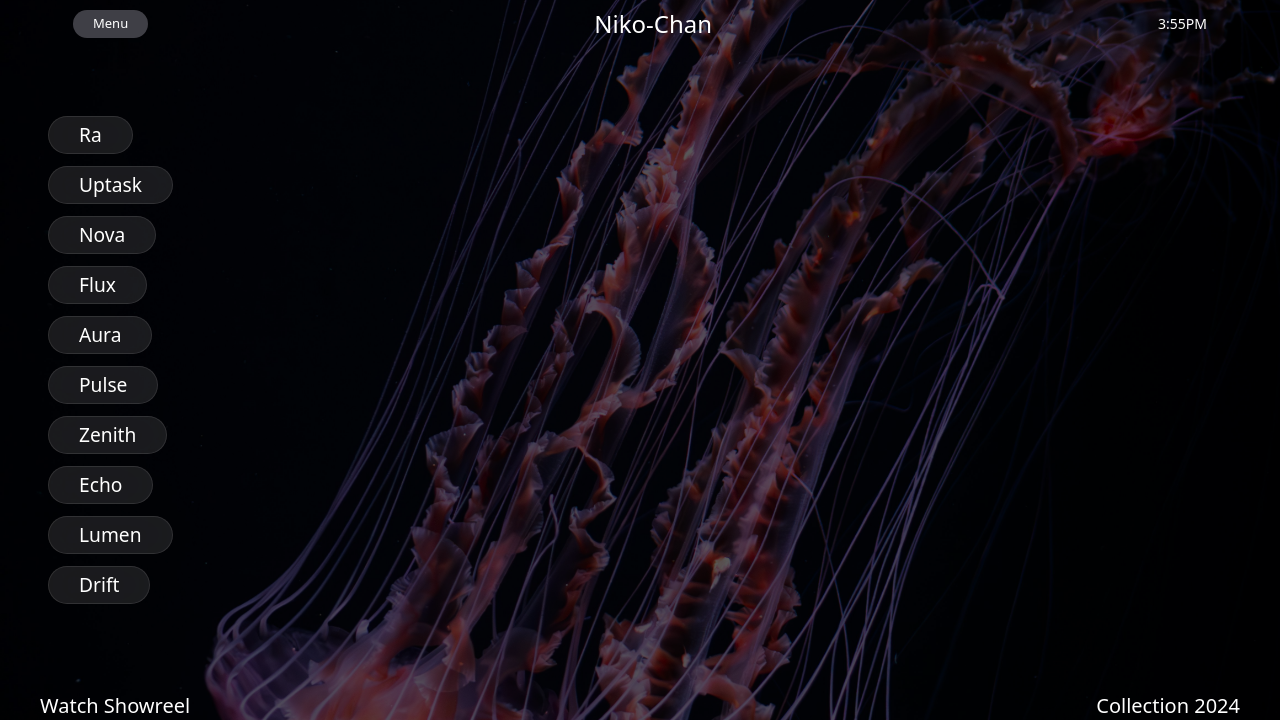
Repository: nikhilsinghrathore1/Niks_indian_local
Page: /
The author's editor kept a copy of each file at every save. The page is drawn from the files as they stood at one save, then again after the next save.
The browser window is 1280 px wide. The pictures show the whole page.
The project was rebuilt for these pictures with package versions that can differ from the ones it lists, and the page was loaded fresh each time. Also part of the build but not shown: vite.config.ts.

Above is the page before, as saved 2024-08-27 11:43:48.

### src/App.tsx
import { useState } from 'react'
import reactLogo from './assets/react.svg'
import viteLogo from '/vite.svg'
import './App.css'
import Landing from './Components/Landing'

function App() {
  const [count, setCount] = useState(0)

  return (
    <>

      <Landing/>
    </>
  )
}

export default App

### src/App.css
@font-face {
               font-family:font1 ;
               src: url("./assets/Fontspring-DEMO-rocgroteskcomp-regular.otf");
}

.f1{
               font-family: font1;
}

.item>p{
               padding: 6px 30px;

               font-weight: lighter;
               background-color: rgba(255, 255, 255, 0.1);
               border-radius: 40px;
               border: 1px solid rgba(255, 255, 255, 0.1);
               backdrop-filter: blur(20px);
               transition: 0.3s;
}

.item>p:hover{
               background: none;
               border: 1px solid rgba(255, 255, 255, 0.25);
}

.preview{
               position: fixed ;
               width: 100% ;
               height: 100% ;
               color: #fff;
               z-index: 1;
}

.preview-bg{
               position: absolute;
               width: 100%;
               pointer-events: none;
               height: 100%;
               opacity: 0.35;
}

.preview-title h1{
               font-weight:  lighter;
               font-size: 80px;
}

.preview p , .preview-description p{
               font-size: 14px;
               line-height: 120%;
}

.preview-varient-1 .preview-img{
               position: absolute;
               bottom: 0;
               right: 0;
               margin: 2em;
               width: 300px;
               height: 400px;
               clip-path: polygon(0% 100%, 100%, 100% , 100% 100% , 0% 100%);

}

.preview-varient-1 .preview-title{
               position: absolute;
               top: 35%;
               left: 25%;
}
.preview-varient-1 .preview-tags{
               position: absolute;
               top: 35%;
               left: 40%;
}

.preview-varient-1 .preview-description{
               width: 250px;
               position: absolute;
               top: 25%;
               right: 25%;
}
.preview-varient-3 .preview-img{
               position: absolute;
               bottom: 10%;
               left: 15%;
               margin: 2em;
               width: 300px;
               height: 400px;
               clip-path: polygon(0% 0%, 0%, 0% , 0% 100% , 0% 100%);

}

.preview-varient-3 .preview-title{
               position: absolute;
               bottom: 40%;
               right: 15%;
}
.preview-varient-3 .preview-tags{
               position: absolute;
               bottom: 20%;
               right: 30%;
}

.preview-varient-3 .preview-description{
               width: 250px;
               position: absolute;
               left: 20%;
               top: 15%;
}
.preview-varient-2 .preview-img{
               position: absolute;
               top: 10%;
               right: 5%;
               margin: 2em;
               width: 300px;
               height: 400px;
               clip-path: polygon(100% 0%, 100%, 0% , 100% 100% , 100% 100%);

}

.preview-varient-2 .preview-title{
               position: absolute;
               bottom: 30%;
               left: 50%;
}
.preview-varient-2 .preview-tags{
               position: absolute;
               top: 25%;
               left: 25%;
}

.preview-varient-3 .preview-description{
               width: 250px;
               position: absolute;
               right: 10%;
               bottom: 15%;
}

### src/Components/Landing.tsx
import { useEffect, useRef } from 'react';
import gsap from 'gsap';
import img1 from '../assets/img1.jpg';
import img2 from '../assets/img2.jpg';
import img3 from '../assets/img3.jpg';
import img4 from '../assets/img4.jpg';
import img5 from '../assets/img5.jpg';
import img6 from '../assets/img6.jpg';
import img7 from '../assets/img7.jpg';
import img8 from '../assets/img8.jpg';
import img9 from '../assets/img9.jpg';
import img10 from '../assets/img10.jpg';
import defaultBg from '../assets/default-bg.jpg';

interface TransformProps {
  x?: number;
  y?: number;
  opacity?: number;
}

type VariantTransform = {
  [key: string]: {
    [elementClass: string]: TransformProps;
  };
};

const mapClasses = [
  'variant-1',
  'variant-2',
  'variant-3',
  'variant-1',
  'variant-2',
  'variant-3',
  'variant-1',
  'variant-2',
  'variant-3',
  'variant-1',
];

const previews = [
  {
    img: img1,
    title: 'Ra',
    tags: 'Futuristic Fashion, Minimal Design',
    description:
      'Exploring the intersection of minimalism and future fashion trends in web design.',
    bg: img1,
  },
  {
    img: img2,
    title: 'Uptask',
    tags: 'Fashion Innovation, Graphic Simplicity',
    description:
      'Innovative fashion web design with a core focus on simplicity and elegance.',
    bg: img2,
  },
  {
    img: img3,
    title: 'Nova',
    tags: 'Space Inspired, Modern Aesthetics',
    description:
      'A modern take on space-inspired designs blending technology and art.',
    bg: img3,
  },
  {
    img: img4,
    title: 'Flux',
    tags: 'Dynamic Layouts, Vibrant Colors',
    description:
      'Dynamic and colorful layouts that capture attention and engage users.',
    bg: img4,
  },
  {
    img: img5,
    title: 'Aura',
    tags: 'Serene Designs, Pastel Themes',
    description:
      'Creating calm and soothing user experiences through pastel-themed designs.',
    bg: img5,
  },
  {
    img: img6,
    title: 'Pulse',
    tags: 'Energetic Vibes, Bold Typography',
    description:
      'Harnessing energy and movement with bold typography and striking visuals.',
    bg: img6,
  },
  {
    img: img7,
    title: 'Zenith',
    tags: 'Peak Performance, Sleek Interfaces',
    description:
      'Designs focused on peak performance and sleek, intuitive interfaces.',
    bg: img7,
  },
  {
    img: img8,
    title: 'Echo',
    tags: 'Repetitive Patterns, Minimalist Touch',
    description:
      'Utilizing repetitive patterns to create harmony and balance in design.',
    bg: img8,
  },
  {
    img: img9,
    title: 'Lumen',
    tags: 'Light Themes, Clarity Focused',
    description:
      'Emphasizing clarity and readability through light-themed designs.',
    bg: img9,
  },
  {
    img: img10,
    title: 'Drift',
    tags: 'Fluid Movements, Abstract Forms',
    description:
      'Incorporating fluid movements and abstract forms for a unique user experience.',
    bg: img10,
  },
];

const Landing: React.FC = () => {
  const containerRef = useRef<HTMLDivElement>(null);
  const previewBgRef = useRef<HTMLDivElement>(null);
  const itemsRef = useRef<Array<HTMLDivElement | null>>([]);
  const titleRef = useRef<HTMLDivElement>(null);
  const tagsRef = useRef<HTMLDivElement>(null);
  const descriptionRef = useRef<HTMLDivElement>(null);

  useEffect(() => {
    const defaultClipPath: { [key: string]: string } = {
      'variant-1': 'polygon(0% 100%, 100% 100%, 100% 100%, 0% 100%)',
      'variant-2': 'polygon(100% 0%, 100% 0%, 100% 100%, 100% 100%)',
      'variant-3': 'polygon(0% 0%, 0% 0%, 0% 100%, 0% 100%)',
    };

    const variantTransform: VariantTransform = {
      'variant-1': {
        title: { x: 75, opacity: 0 },
        tags: { y: -75, opacity: 0 },
        description: { x: -75, opacity: 0 },
      },
      'variant-2': {
        title: { x: -75, opacity: 0 },
        tags: { y: -75, opacity: 0 },
        description: { y: 75, opacity: 0 },
      },
      'variant-3': {
        title: { x: 75, opacity: 0 },
        tags: { y: 75, opacity: 0 },
        description: { x: 75, opacity: 0 },
      },
    };

    const getDefaultClipPath = (previewElement: HTMLDivElement): string => {
      for (const variant in defaultClipPath) {
        if (previewElement.classList.contains(variant)) {
          return defaultClipPath[variant];
        }
      }
      return 'polygon(100% 0%, 0% 0%, 0% 100%, 100% 100%)';
    };

    const applyVariantStyle = (
      previewElement: HTMLDivElement,
      reset: boolean = false
    ) => {
      const variant = mapClasses[Array.from(previewElement.classList).findIndex(cls => cls.startsWith('variant-'))];
      if (variant && variantTransform[variant]) {
        Object.entries(variantTransform[variant]).forEach(
          ([elementClass, transform]) => {
            const element = previewElement.querySelector(
              `.preview-${elementClass}`
            ) as HTMLElement;
            if (element) {
              gsap.set(element, reset ? transform : { x: 0, y: 0, opacity: 1 });
            }
          }
        );
      }
    };

    const changeBg = (newImgSrc: string) => {
      if (previewBgRef.current) {
        // Add a temporary overlay for smooth transition
        const overlay = document.createElement('div');
        overlay.style.position = 'absolute';
        overlay.style.top = '0';
        overlay.style.left = '0';
        overlay.style.width = '100%';
        overlay.style.height = '100%';
        overlay.style.backgroundImage = `url(${newImgSrc})`;
        overlay.style.backgroundSize = 'cover';
        overlay.style.backgroundPosition = 'center';
        overlay.style.opacity = '0';
        overlay.style.transition = 'opacity 0.5s ease-in-out';
        previewBgRef.current.appendChild(overlay);

        // Fade in the overlay
        setTimeout(() => {
          overlay.style.opacity = '1';
        }, 10);

        // After the fade-in, change the background image and remove the overlay
        setTimeout(() => {
          previewBgRef.current!.style.backgroundImage = `url(${newImgSrc})`;
          previewBgRef.current!.removeChild(overlay);
        }, 500);
      }
    };
    const changeTextContent = (title: string, tags: string, description: string) => {
      if (titleRef.current && tagsRef.current && descriptionRef.current) {
        gsap.to(titleRef.current, { opacity: 0, y: -20, duration: 0.2, onComplete: () => {
          titleRef.current!.textContent = title;
          gsap.to(titleRef.current!, { opacity: 1, y: 0, duration: 0.5 });
        }});
        gsap.to(tagsRef.current, { opacity: 0, y: -20, duration: 0.2, onComplete: () => {
          tagsRef.current!.textContent = tags;
          gsap.to(tagsRef.current!, { opacity: 1, y: 0, duration: 0.5 });
        }});
        gsap.to(descriptionRef.current, { opacity: 0, y: -20, duration: 0.2, onComplete: () => {
          descriptionRef.current!.textContent = description;
          gsap.to(descriptionRef.current!, { opacity: 1, y: 0, duration: 0.5 });
        }});
      }
    };

    let activePreview: HTMLDivElement | null = null;

    itemsRef.current.forEach((item, index) => {
      if (item) {
        item.addEventListener('mouseenter', () => {
          const newBg = previews[index].bg;
          changeBg(newBg);

          const newActivePreview = containerRef.current?.querySelector(
            `.preview-${index + 1}`
          ) as HTMLDivElement;

          if (activePreview && activePreview !== newActivePreview) {
            gsap.to(activePreview, {
              opacity: 0,
              duration: 0.5,
              ease: 'power3.out',
              onComplete: () => applyVariantStyle(activePreview!, true),
            });
          }

          gsap.to(newActivePreview, {
            opacity: 1,
            duration: 0.5,
            ease: 'power3.out',
            onStart: () => applyVariantStyle(newActivePreview, false),
          });

          activePreview = newActivePreview;

          // Change text content
          changeTextContent(previews[index].title, previews[index].tags, previews[index].description);
        });

        item.addEventListener('mouseleave', () => {
          if (activePreview) {
            gsap.to(activePreview, {
              opacity: 0,
              duration: 0.5,
              ease: 'power3.out',
              onComplete: () => applyVariantStyle(activePreview!, true),
            });
          }
          activePreview = null;
          changeBg(defaultBg);
        });
      }
    });

    // Set default image and content
    changeBg(defaultBg);
    if (titleRef.current && tagsRef.current && descriptionRef.current) {
      titleRef.current.textContent = 'Ra';
      tagsRef.current.textContent = 'Futuristic Fashion, Minimal Design';
      descriptionRef.current.textContent = 'Exploring the intersection of minimalism and future fashion trends in web design.';
    }
  }, []);

  return (
    <div className='w-full h-screen overflow-hidden fixed text-white bg-black'>
      {/* Nav Bar */}
      <nav className='w-full fixed flex pt-2 items-center justify-around gap-[300px]  z-50'>
        <div className='menu-btn w-fit bg-zinc-700 rounded-full backdrop-blur-md px-5 py-1 cursor-pointer'>
          <h1 className='text-[13px]'>Menu</h1>
        </div>
        <div className='logo  text-2xl'>
          <h1>Niko-Chan</h1>
        </div>
        <div className='local-time text-sm'>
          <h1>3:55PM</h1>
        </div>
      </nav>

      {/* Footer */}
      <div className='footer fixed px-10 bottom-0 text-xl flex items-center justify-between w-full z-50'>
        <p>Watch Showreel</p>
        <p>Collection 2024</p>
      </div>

      {/* Items List */}
      <div
        className='items fixed w-1/3 h-full flex flex-col px-12 text-2xl leading-tight gap-1 capitalize justify-center z-30'
        >
        {previews.map((preview, index) => (
          <div
            key={index}
            className='item w-fit py-1  text-[0.8em] cursor-pointer'
            ref={(el) => (itemsRef.current[index] = el)}
          >
            <p >{preview.title}</p>
          </div>
        ))}
      </div>

      {/* Preview Background */}
      <div
        className='preview-bg fixed top-0 left-0 w-full h-full bg-cover bg-center z-10 transition-all duration-500 ease-out'
        ref={previewBgRef}
      ></div>

      {/* Preview Container */}
      <div
        className='preview-container fixed top-0 left-0 w-full h-full pointer-events-none z-20'
        ref={containerRef}
      ></div>
    </div>
  );
};

export default Landing;

Loaded but not shown: index.html (common file); src/main.tsx (common file); src/index.css (common file); tailwind.config.js (common file)

After the next save:
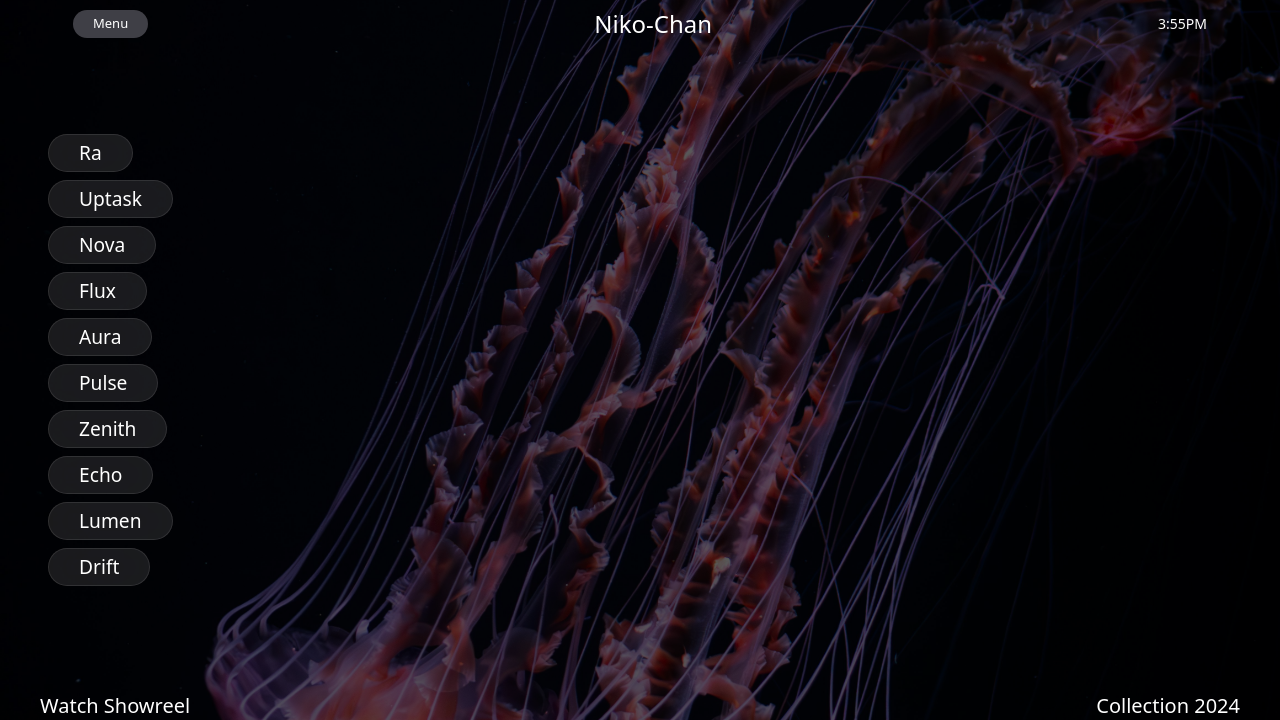
Saved 87 s later.
--- a/src/Components/Landing.tsx
+++ b/src/Components/Landing.tsx
@@ -307,7 +307,7 @@ const Landing: React.FC = () => {
 
       {/* Items List */}
       <div
-        className='items fixed w-1/3 h-full flex flex-col px-12 text-2xl leading-tight gap-1 capitalize justify-center z-30'
+        className='items fixed w-1/3 h-full flex flex-col px-12 text-2xl leading-tight capitalize justify-center z-30'
         >
         {previews.map((preview, index) => (
           <div
